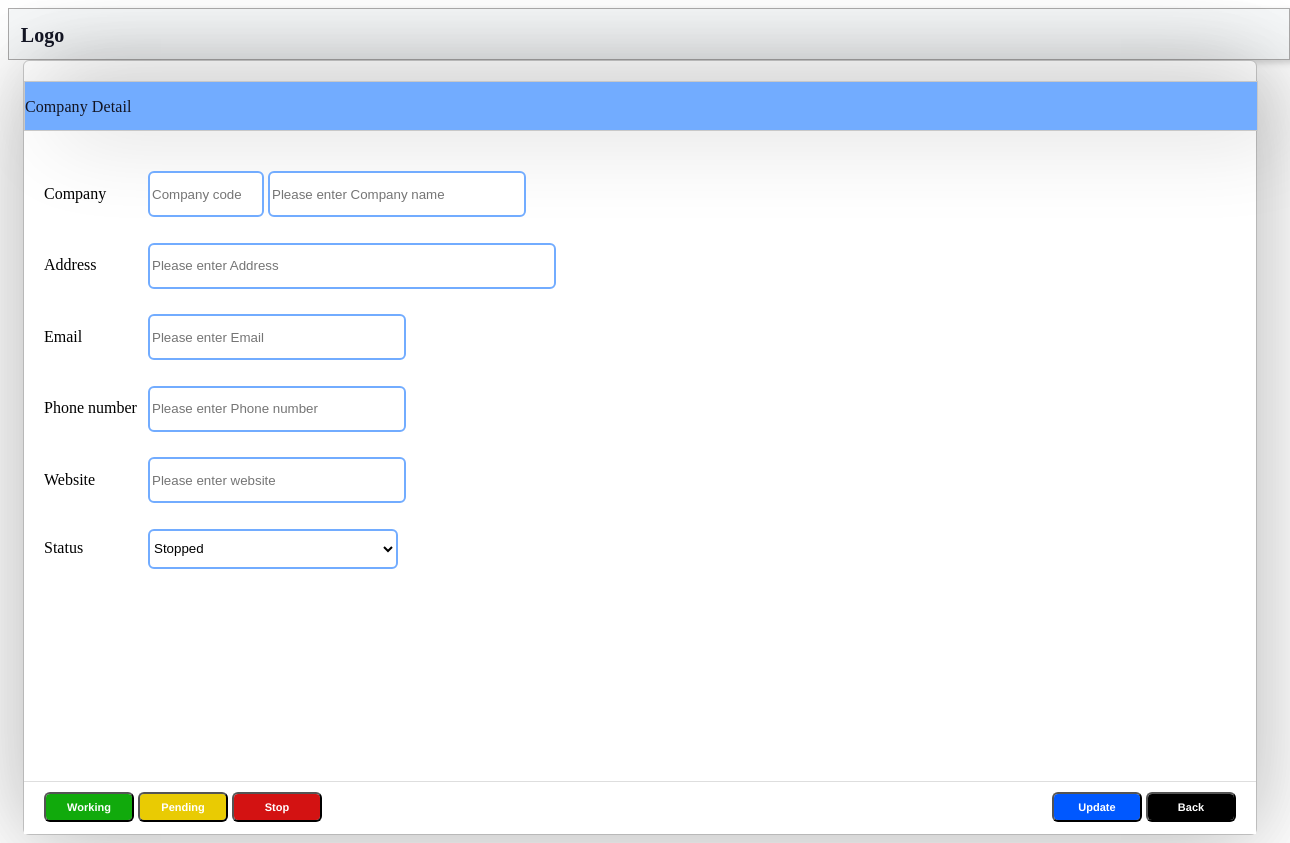
Repository: Zain1409/company
Page: client/html/CompanyDetail.html
An editor plug-in stored every save of this project. The page is shown before and after the next save, followed by the edit.
The browser window is 1280 px wide. The page is 1290 px wide, so the pictures cover 1290 px, including what lies to the right of the window. The pictures show the whole page.

Above is the page before, as saved 2021-04-08 16:17:03.
Console error: TypeError: Cannot read properties of undefined (reading 'data')

After the next save:
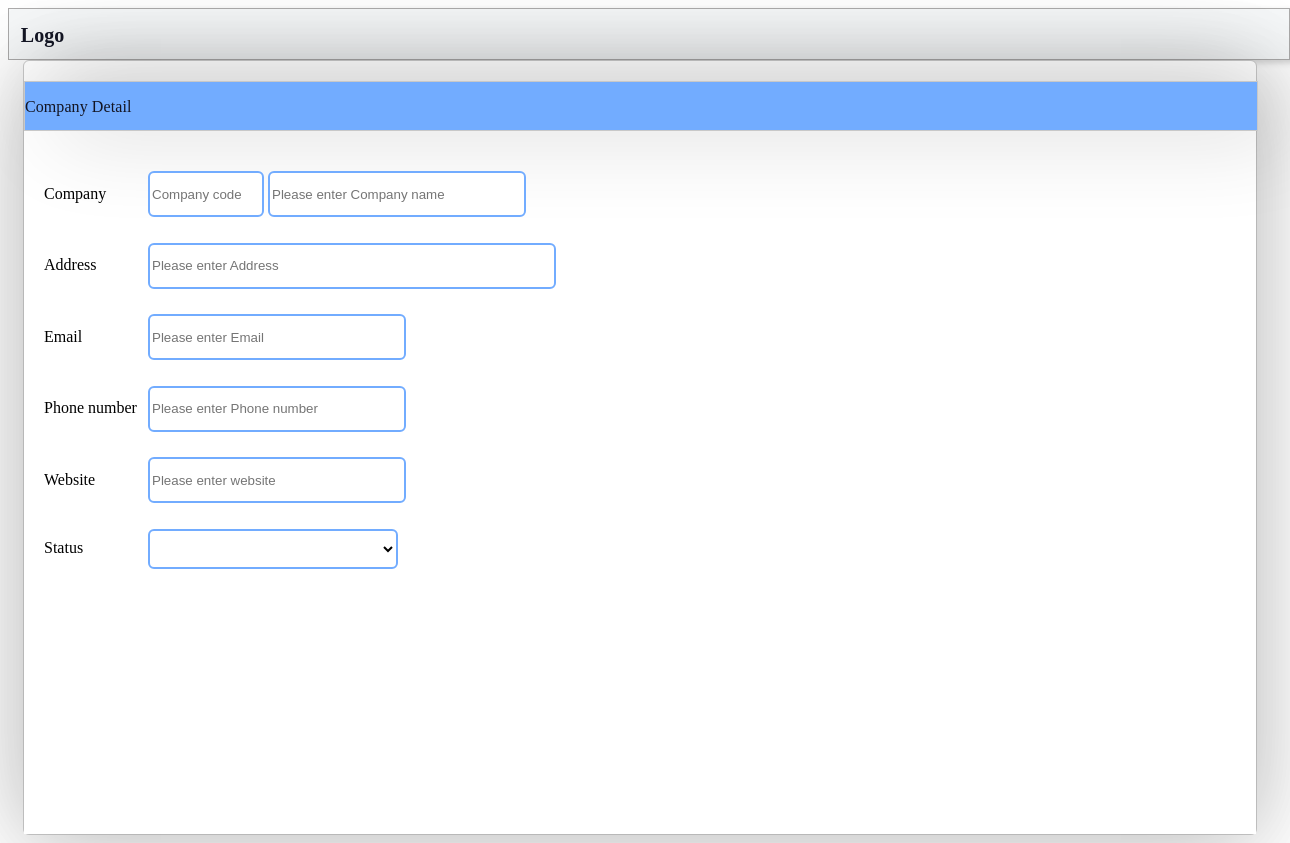
Saved 6 min 27 s later.
--- a/client/html/CompanyDetail.html
+++ b/client/html/CompanyDetail.html
@@ -34,11 +34,7 @@
                 <br>
                 <br>
                 <label id="properties">Status</label> <select name="" id="form_select">
-                    <option value="stopped">Stopped</option>
-                    <option value="Working">Working</option>
-                    <option value="Pending">Pending</option>
-                    </select>
-                </select>
+
             </form>
             <div id="footer">
                 <div id="button_left">
